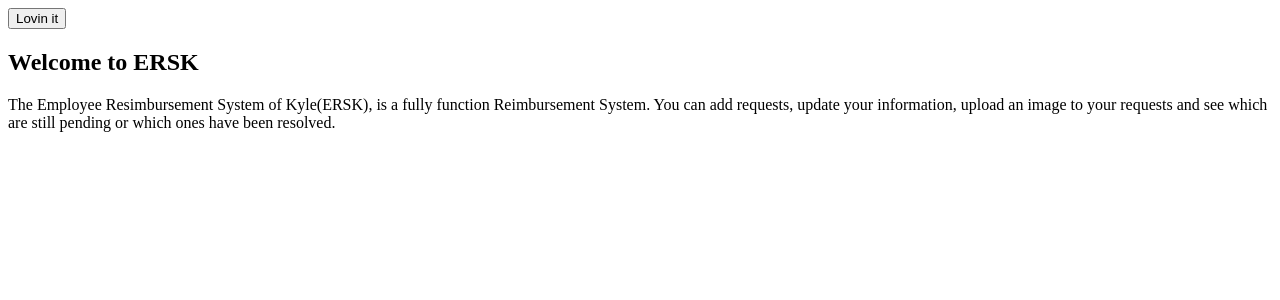
Repository: 1807-mehrab/project-1-KyleAButterfield
Page: ERSK/ERSK/src/main/webapp/EmployeeHomePage.html
An editor plug-in stored every save of this project. The page is shown before and after the next save, followed by the edit.
The browser window is 1280 px wide. The pictures show the whole page.

Above is the page before, as saved 2018-07-28 02:21:06.

### ERSK/ERSK/src/main/webapp/EmployeeHomePage.html
<!DOCTYPE html>
<html>
<head>
<meta charset="ISO-8859-1">
<title>ERSK-Home Page</title>
	<div id="dashboard'>
	 <input type="button" onClick ="getInfo()" value="Get Info">
	 <input type="button" onClick="loadRequests()" value="Lovin it">
	</div>
</head>
<body>
	<div id="body">
	<h2>Welcome to ERSK</h2>
	<p>The Employee Resimbursement System of Kyle(ERSK), is a fully function Reimbursement System.
	 You can add requests, update your information, upload an image to your requests and see which are still pending
	 or which ones have been resolved.   </p>

	</div>
</body>
<script src="functions.js"></script>
</html>

Loaded but not shown: ERSK/ERSK/src/main/webapp/functions.js (no copy from this time; the picture is the same without it)

After the next save:
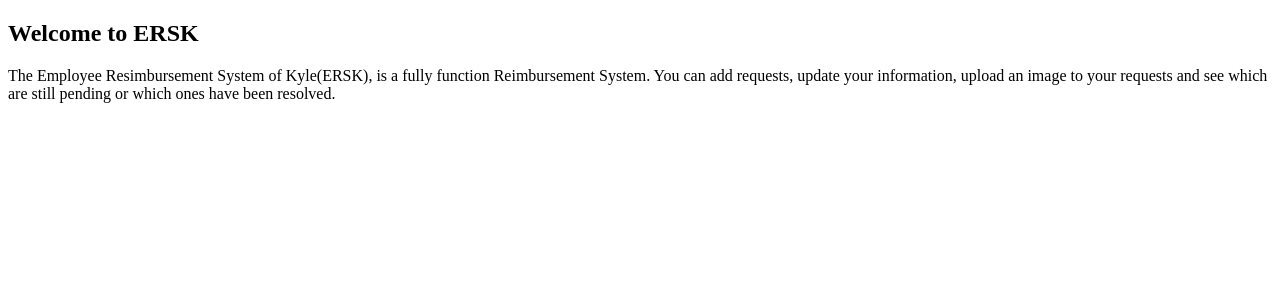
Saved 25 s later.
--- a/ERSK/ERSK/src/main/webapp/EmployeeHomePage.html
+++ b/ERSK/ERSK/src/main/webapp/EmployeeHomePage.html
@@ -5,7 +5,7 @@
 <title>ERSK-Home Page</title>
 	<div id="dashboard'>
 	 <input type="button" onClick ="getInfo()" value="Get Info">
-	 <input type="button" onClick="loadRequests()" value="Lovin it">
+
 	</div>
 </head>
 <body>

After the save that followed:
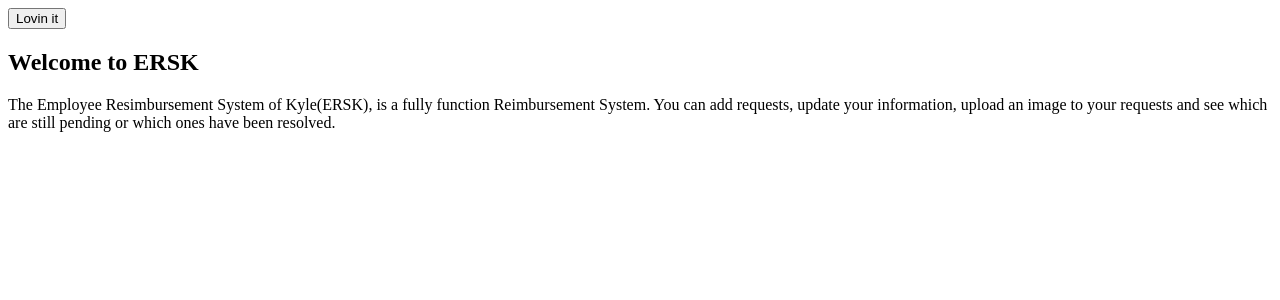
Saved 58 s later.
--- a/ERSK/ERSK/src/main/webapp/EmployeeHomePage.html
+++ b/ERSK/ERSK/src/main/webapp/EmployeeHomePage.html
@@ -5,7 +5,7 @@
 <title>ERSK-Home Page</title>
 	<div id="dashboard'>
 	 <input type="button" onClick ="getInfo()" value="Get Info">
-
+	<input type="button" onClick="loadRequests()" value="Lovin it">
 	</div>
 </head>
 <body>
